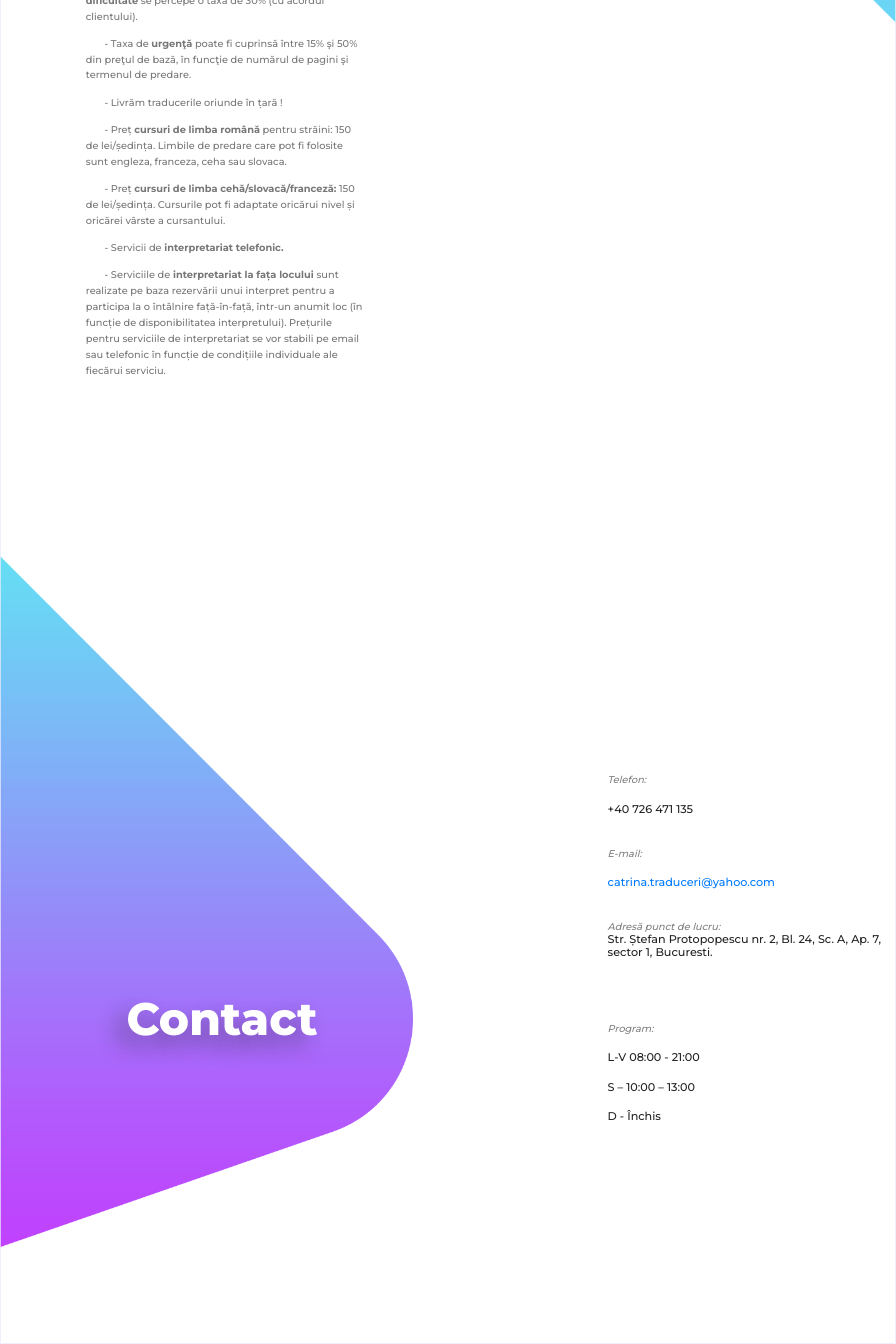
Repository: roscaImarius/site_traduceri
Page: index.html
The author's editor kept a copy of each file at every save. The page is drawn from the files as they stood at one save, then again after the next save.
The browser window is 1280 px wide. The pictures show the part of the page from y = 4490 to 6410 px (the page is 6410 px tall), at 70% of full size.

Above is the page before, as saved 2022-03-22 03:51:12.

### index.html
<!DOCTYPE html>
<html lang="en" class="no-js">
  <head>
    <meta
      name="viewport"
      content="width=device-width, initial-scale=1, shrink-to-fit=no"
    />
    <meta name="author" content="CodePixar" />
    <meta name="description" content="" />
    <meta name="keywords" content="" />
    <meta charset="UTF-8" />

    <title>Traduceri</title>
     <link rel="shortcut icon" href="img/favicon.png">
    <link
      href="https://fonts.googleapis.com/css?family=Montserrat:500,600,700,800,900"
      rel="stylesheet"
    />
    <link
      href="https://fonts.googleapis.com/css?family=Open+Sans:400,600"
      rel="stylesheet"
    />
    <!-- ===========================================
		CSS Files
    ============================================= -->
    <link rel="stylesheet" href="css/font-awesome.min.css" />
    <link rel="stylesheet" href="css/bootstrap.css" />
    <link rel="stylesheet" href="css/main.css" />
  </head>

  <body class="version5" id="top">
    <div class="se-pre-con"></div>

    <!--================ Start Banner Area =================-->
    <section class="home-area" id="home">
      <div class="banner-area relative">
        <div class="container-fluid">
          <div class="row justify-content-center height align-items-center">
            <div class="col-lg-5 col-md-6 col-sm-12">
              <div class="banner-img">
                <img class="img-fluid" src="img/logo.svg" alt="" />
              </div>
            </div>
            <div class="col-lg-5 col-md-6 col-sm-12">
              <div class="banner-content text-right">
                <!-- <h4 class="mb-30 hello text-uppercase text-white">
                  Salut, noi suntem
                </h4> -->
                <h1 class="name">Catrina Traduceri</h1>
                <p class="mt-5 h6 pHome dark">
                  Ne numărăm printre foarte puținii traducători autorizați de
                  Ministerul Justiției din România pentru traduceri din limbile
                  slave, de nisă: cehă, slovacă și ucraineană.
                </p>
              </div>
            </div>
          </div>
        </div>
      </div>
    </section>
    <!--================Header Menu Area =================-->
    <header class="header_area" id="header5">
      <div class="main_menu">
        <nav class="navbar navbar-expand-lg">
          <div class="container-fluid">
            <!-- Brand and toggle get grouped for better mobile display -->
            <a class="navbar-brand logo_h" href="index.html"
              ><img class="logoo" src="img/logo.png" alt=""
            /></a>
            <button
              class="navbar-toggler"
              type="button"
              data-toggle="collapse"
              data-target="#navbarSupportedContent"
              aria-controls="navbarSupportedContent"
              aria-expanded="false"
              aria-label="Toggle navigation"
            >
              <i class="fas fa-bars"></i>
            </button>
            <!-- Collect the nav links, forms, and other content for toggling -->
            <div
              class="collapse navbar-collapse offset"
              id="navbarSupportedContent"
            >
              <ul class="nav navbar-nav menu_nav ml-auto nav5">
                <li class="nav-item active5">
                  <a class="nav-link" href="#home" >Acasă</a>
                </li>
                <li class="nav-item">
                  <a class="nav-link" href="#about" >Despre</a>
                </li>
                <li class="nav-item">
                  <a class="nav-link" href="#educatie"  >Referințe</a>
                </li>
                <li class="nav-item">
                  <a class="nav-link" href="#portfolio" >Prețuri</a>
                </li>
                <li class="nav-item" >
                  <a class="nav-link" href="#contact" >Contact</a>
                </li>
              </ul>

              <!-- SOCIAL MEDIA -->
              <ul class="nav navbar-nav social-icons">
                <li class="nav-item">
                  <a href="https://www.facebook.com/catrina.traduceri">
                    <i class="fab fa-facebook-f"></i>
                  </a>
                </li>
                <li class="nav-item">
                  <a
                    href="https://www.linkedin.com/in/ionut-catrina-405244178/"
                  >
                    <i class="fab fa-linkedin"></i>
                  </a>
                </li>

              </ul>
            </div>
          </div>
        </nav>
      </div>
    </header>

    <!--================ Start About Area =================-->
    <section class="about-area section-gap-top-5 relative" id="about">
      <div class="container-fluid">
        <div class="row row-reverse">
             <div class="megafon"></div>
          <div class="offset-lg-2 col-lg-4 col-md-12">
            <h2 class="heading mb-40">Lucrați cu profesioniști!</h2>
            <p>
              Întreprindere de familie cu capital 100% românesc si cu o
              experiență de peste
              <span style="font-weight: bold">13 ani</span> în domeniul
              traducerilor, activăm cu pasiune, profesionalism și
              responsabilitate și vă oferim traduceri
              <span style="font-weight: bold"> autorizate și legalizate</span>
              în principal din limbi
              <span style="font-weight: bold">slave</span>: cehă, slovacă și
              ucraineană, dar și din cele mai importante limbi de circulație
              internațională: engleza și franceza. <br />
            </p>
            <p>
              Suntem absolvenți ai uneia dintre cele mai bune facultăți a
              Universității din București,<span style="font-weight: bold">
                Facultatea de Limbi și Literaturi străine</span
              >, filologi specializați în domeniul traducerilor ca urmare a
              absolvirii Masteratului de Studii Culturale Slave și Traductologie
              și a numeroase burse de specializare în țările din a căror limbă
              traducem. <br/>
            </p>
              <p>
               Avem o colaborare de lungă durată, bazată pe
               <span style="font-weight: bold">
                profesionalism și seriozitate</span>, cu Birouri Notariale, Instanțe judecătorești, organe de
              urmărire penală, avocați.
              </p>
              <p>

                   Nu ezitați să ne contactați pentru o
                 cotație de preț pentru traduceri autorizate și legalizate din
                 aceste limbi. Lucrând în familie și între prieteni, vă putem
                 garanta prețuri corecte, care ajung într-o proporție echitabilă la
                 traducătorul care le realizează și care are cea mai importantă
                 contribuție la documentul final.
              </p>

            <p>
              Oferim și: <br />
              <span style="font-weight: bold">-cursuri de limbă română</span>
              pentru străini, <br />
              <span style="font-weight: bold"
                >-cursuri de limbă cehă sau limba slovacă</span
              >
              pentru orice nivel de limbă. <br />
            </p>
            <p>
              Ne putem adapta nevoilor Dvs. și vă putem ajuta cu
              <span style="font-weight: bold">training-uri</span> de limbă cehă
              sau slovacă pentru anumite domenii sau specializări.
            </p>
          </div>

          <div class="col-lg-6 p-0 col-md-12">
            <div class="right-side">
              <h2 class="text-white right-heading">Despre</h2>
            </div>
          </div>
        </div>
      </div>
    </section>

    <!--================ Start Experience Area =================-->
    <section class="experience-area relative" id="educatie">
      <div class="container-fluid">
        <div class="row">
          <div class="col-lg-6 p-0 col-md-12">
            <div class="left-side">
              <h2 class="text-white indented cv left-heading">Referințe</h2>
            </div>
          </div>

          <div class="xpDiv col-lg-4 md-mr col-md-12">
            <h2 class="heading mb-80">Clienții noștri</h2>
            <div class="resume-content">
                 <div class="referinteDrawing"></div>
              <div class="work-exp mb-50">
                  <p>Avem o colaborare de lungă durată, bazată pe
                     profesionalism cu:
                  </p>
                  <p> - Birouri Notariale     </p>
                  <p>- Tribunale</p>
                  <p> - Poliția Română</p>
                  <p>- Numeroase birouri de traduceri și firme din toată țara.</p>

                  <!-- În urma absolvirii unui curs specializat, am obținut
                  calificarea de trainer de limba română pentru străini.
                  Experiență în domeniul Proiectelor finanțate din fonduri
                  europene (POSDRU). In perioada 1.7.2010 - 1.11.2013 am ocupat
                  pozitia de Responsabil vizite de studiu – schimb de experiență
                  în cadrul unor proiecte transnaționale (între România și
                  Republica Cehă). -->

              </div>
            </div>
          </div>
        </div>
      </div>
    </section>

    <!--================ Start PRICE Area =================-->
    <section class="price-area section-gap-top-5 relative" id="portfolio">
      <div class="container-fluid">
        <div class="row row-reverse">
          <div class="divFaraPret offset-lg-2 col-lg-4 col-md-12">
               <div class="pretDrawing"></div>
            <h2 class="heading mb-40">Servicii și prețuri</h2>
            <h6 class="mb-4">
              La noi totul este  <span style="font-weight: bold">transparent, clar</span> și pe înțelesul oamenilor! Nu
              doar traducerile și cursurile ci și prețurile!
            </h6>
            <div class="boxPreturi">
              <p>
                Traducere tipizate
                <span style="font-weight: bold">CZ/SK-RO - 45 de lei/pag.</span>
              </p>
              <p>
                Traducere documente obișnuite
                <span style="font-weight: bold">CZ/SK-RO - 50 de lei/pag.</span>
              </p>
              <p>
                Traducere documente juridice/medicale/financiare
                <span style="font-weight: bold">CZ/SK-RO - minim 60 de lei/pag.</span>
              </p>
              <p>
                Retroversiune <span style="font-weight: bold"
                  >RO-CZ/SK - de la 65 de lei.</span
                >
              </p>
              <p><span style="font-weight: bold"
                  >EN/FR - CZ/SK – de la 65 de lei.</span</p>
            </div>
            <div class="preturiInfo">
                 <div class="borderPret">

                      <i><h4 class="mt-5"><b>!!</b></h4></i>
                      <ul style='text-indent: 20pt'>
                         <li>-   Prețurile sunt finale pentru 2000 caractere inclusiv spații/pagină.</li>
                         <li>-  <span> Reducerile</span> sunt negociabile, în funcţie de numărul de pagini şi de data limită, dar nu sunt mai mari de 10% pentru 50 de pagini, 5% pentru 25 de pagini.</li>
                         <li>-Fiecare comandă primeşte cotaţii individuale, în funcţie de solicitările clientului.</li>
                         <li>-  Valoarea minimă a comenzii: 1 pagină.</li>
                      <ul/><br>
                 </div>

                 <div class="servicii">
                         <br/>
                         <div class="serviciih5">

                              <h5 >Servicii</h5>
                         </div>
                         <br>
                         <p>- <span style="font-weight: bold">Corectura:</span>  50% din preturile de mai sus.</p>
                         <p class="">- Oferim <span style="font-weight: bold">servicii de legalizare</span>  la notar public pentru clienţii
                              care doresc traduceri legalizate, taxa percepută pentru acest serviciu fiind de 60 de
                              lei/document (include onorariul notarului).
                         </p>
                         <p>- Pentru traduceri care prezintă un grad ridicat de  <span style="font-weight: bold">dificultate</span>  se percepe
                              o taxă de 30% (cu acordul clientului). </p>
                              <p>- Taxa de <span style="font-weight: bold">urgenţă</span> poate fi cuprinsă între 15% şi 50% din preţul
                              de bază, în funcţie de numărul de pagini şi termenul de predare.
                              </p>
                      <p>

                         - Livrăm traducerile oriunde în țară !
                        </p>
                       <p>- Preț <span style="font-weight: bold">cursuri de limba română</span>  pentru străini: 150 de lei/ședința.
                         Limbile de predare care pot fi folosite sunt engleza, franceza, ceha sau slovaca.
                      </p>
                      <p>- Preț <span style="font-weight: bold">cursuri de limba cehă/slovacă/franceză:</span> 150 de lei/ședința.
                              Cursurile pot fi adaptate oricărui nivel și oricărei vârste a cursantului.
                      </p>
                              <p> - Servicii de <span style="font-weight: bold">interpretariat telefonic.</span>
                              </p>
                         <p> - Serviciile de <span style="font-weight: bold">interpretariat la fața locului </span> sunt realizate pe baza
                                   rezervării unui interpret pentru a participa la o întâlnire față-în-față,
                                   într-un anumit loc (în funcție de disponibilitatea interpretului).
                              Prețurile pentru serviciile de interpretariat se vor stabili pe email sau telefonic
                                   în funcție de condițiile individuale ale fiecărui serviciu.
                         </p>
                         </p>
                 </div>

            </div>
          </div>

          <div class="divPreturi col-lg-6 p-0 col-md-12">
            <div class="right-side">
              <h2 class="text-white right-heading">Prețuri</h2>
            </div>
          </div>
        </div>
      </div>
    </section>

    <!--================ Start CONTACT Area =================-->
    <section class="client-area relative" id="contact">
      <div class="container-fluid">
        <div class="row">
          <div class="col-lg-6 p-0 col-md-12">
            <div class="left-side">
              <h2 class="text-white left-heading">Contact</h2>
            </div>
          </div>

          <div class="contactDiv offset-lg-2 col-lg-4 col-md-12">
           <div class="form-area text-left">
              <h6><i>Telefon:</i></h6>
              <br>
              <h5>+40 726 471 135 <br /></h5>
              <br>
              <br>
            </div>

            <div class="form-area text-left">
              <h6><i>E-mail:</i></h6><br>
              <h5>

                   <a href="mailto:catrina.traduceri@yahoo.com">catrina.traduceri@yahoo.com</a>
               </h5>
               <br>
          </div>
          <br>

            <div class="form-area adresa text-left">
              <h6><i>Adresă punct de lucru:</i></h6>
              <h5>
              Str. Ștefan Protopopescu nr. 2, Bl. 24, Sc. A, Ap. 7, sector 1, Bucuresti.
              </h5>

              <br>
              <br>
              <br>

              <br>
              <h6><i>Program:</i></h6>
              <br>
              <h5>L-V 08:00 - 21:00 </h5><br>
              <h5>S – 10:00 – 13:00</h5><br>
              <h5>D - Închis</h5>
            </div>





          </div>






        </div>
      </div>
    </section>

    <!--= Start Scroll to Top Area ########## -->
    <div id="back-top">
      <a title="Go to Top" href="#">
        <i class="fas fa-angle-up"></i>
      </a>
    </div>

    <script src="js/vendor/jquery-2.2.4.min.js"></script>
    <script src="js/popper.min.js"></script>
    <script src="js/vendor/bootstrap.min.js"></script>
    <!-- <script src="js/vendor/mail-script.js"></script> -->
    <script src="js/jquery.ajaxchimp.min.js"></script>
    <script src="js/counter-up.js"></script>
    <script src="js/isotope.pkgd.min.js"></script>
    <script src="js/waypoints.min.js"></script>
    <script src="js/main.js"></script>
  </body>
</html>

Loaded but not shown: css/font-awesome.min.css (library); css/bootstrap.css (library); js/vendor/jquery-2.2.4.min.js (library); js/popper.min.js (library); js/vendor/bootstrap.min.js (library); js/jquery.ajaxchimp.min.js (library); js/isotope.pkgd.min.js (library); js/waypoints.min.js (library); js/main.js (92 lines, source omitted); js/counter-up.js (8 lines, source omitted); css/main.css (1620 lines, source omitted)

After the next save:
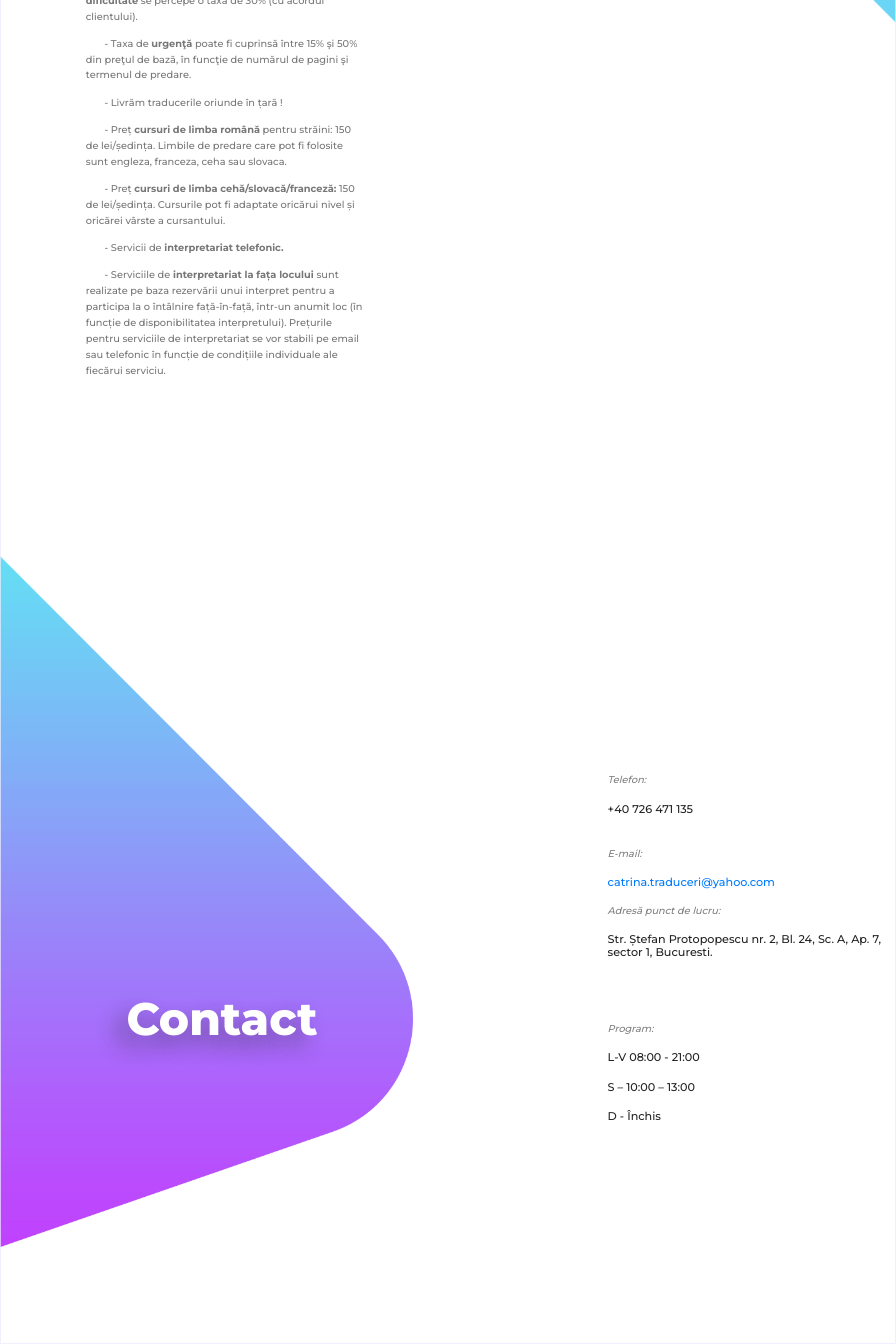
Saved 4 s later.
--- a/index.html
+++ b/index.html
@@ -351,10 +351,10 @@
                </h5>
                <br>
           </div>
-          <br>
-
-            <div class="form-area adresa text-left">
-              <h6><i>Adresă punct de lucru:</i></h6>
+
+          <div class="form-area adresa text-left">
+               <h6><i>Adresă punct de lucru:</i></h6>
+               <br>
               <h5>
               Str. Ștefan Protopopescu nr. 2, Bl. 24, Sc. A, Ap. 7, sector 1, Bucuresti.
               </h5>
